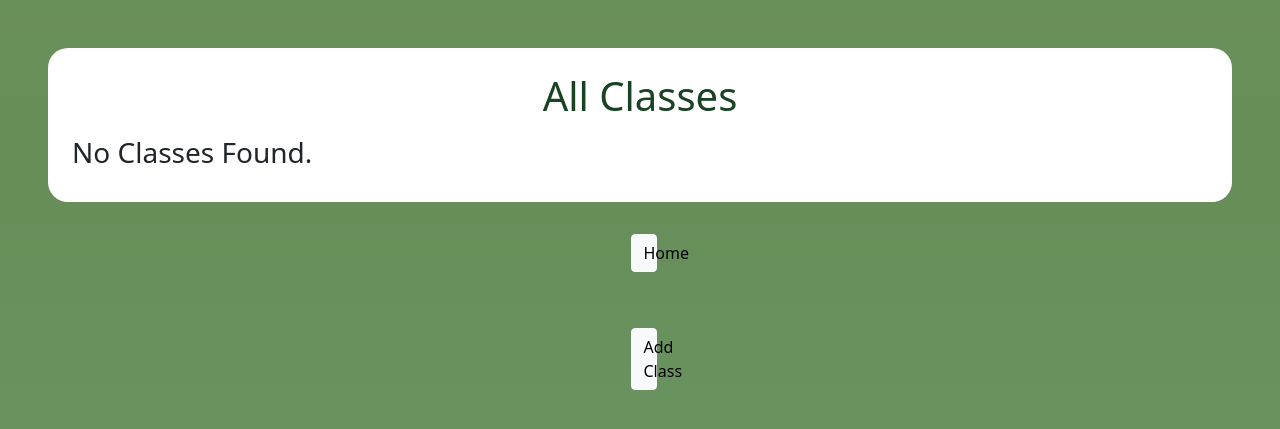
Repository: ronetteguevara/CalTech-ZumbaApp
Page: http://localhost/ZumbaApp/ViewClasses.jsp
These files come from the project's save history. The page is drawn as it stood at one moment and after the next save; the edit follows.
The browser window is 1280 px wide. The pictures show the whole page.
The page is served by Tomcat 10. Queries for data that is not in the repository find no rows.

Above is the page before, as saved 2024-05-03 02:25:04.

After the next save:
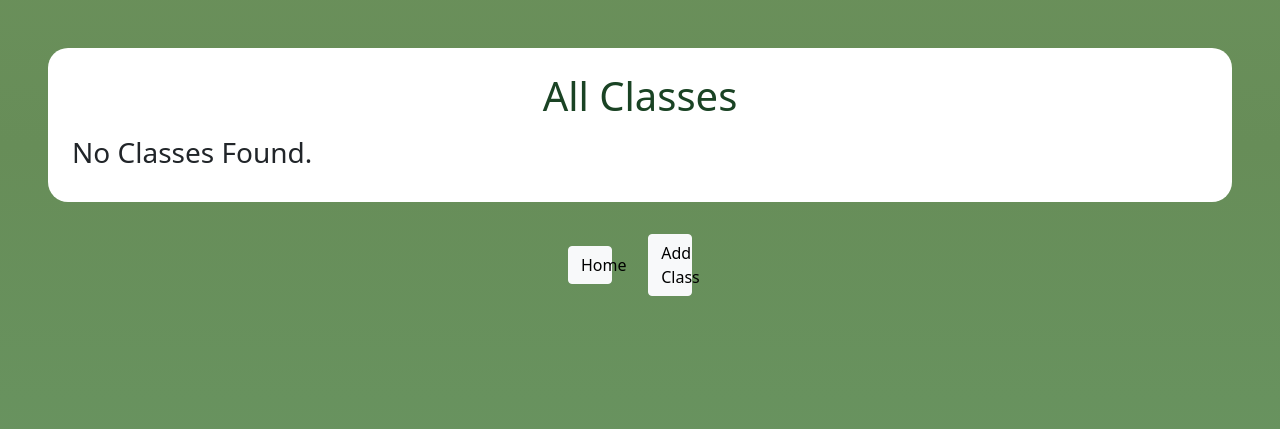
Saved 9 s later.
--- a/ZumbaApp/ZumbaApp/src/main/webapp/style.css
+++ b/ZumbaApp/ZumbaApp/src/main/webapp/style.css
@@ -26,7 +26,7 @@ h1 {
 }
 
 .center {
-  max-width: 75px;
+  max-width: 200px;
   margin-left: auto;
   margin-right: auto;
 }
